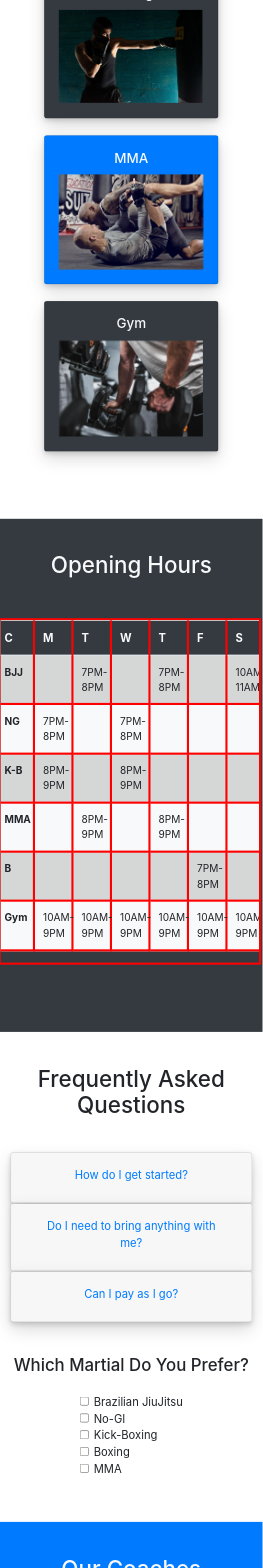
Repository: IonPara/Just-Fight
Page: index.html
An editor plug-in stored every save of this project. The page is shown before and after the next save, followed by the edit.
The browser window is 375 px wide. The pictures show the part of the page from y = 1513 to 3753 px (the page is 6091 px tall), at 70% of full size.
Some web libraries are served in a nearby version.

Above is the page before, as saved 2023-03-13 16:02:39.

After the next save:
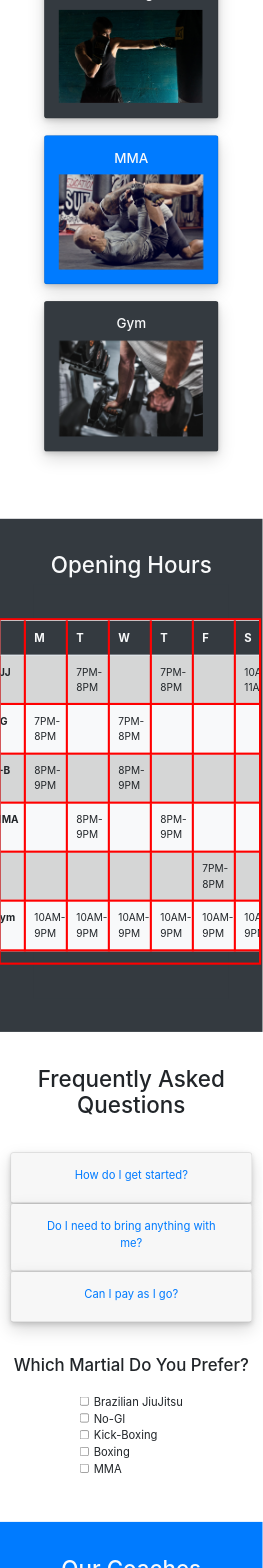
Saved 8 s later.
--- a/Styles/styles.css
+++ b/Styles/styles.css
@@ -162,7 +162,7 @@ footer p{
 
     td, th {
         border: solid red;
-        max-width: 55px;
+        max-width: 60px;
     }
 
 }
